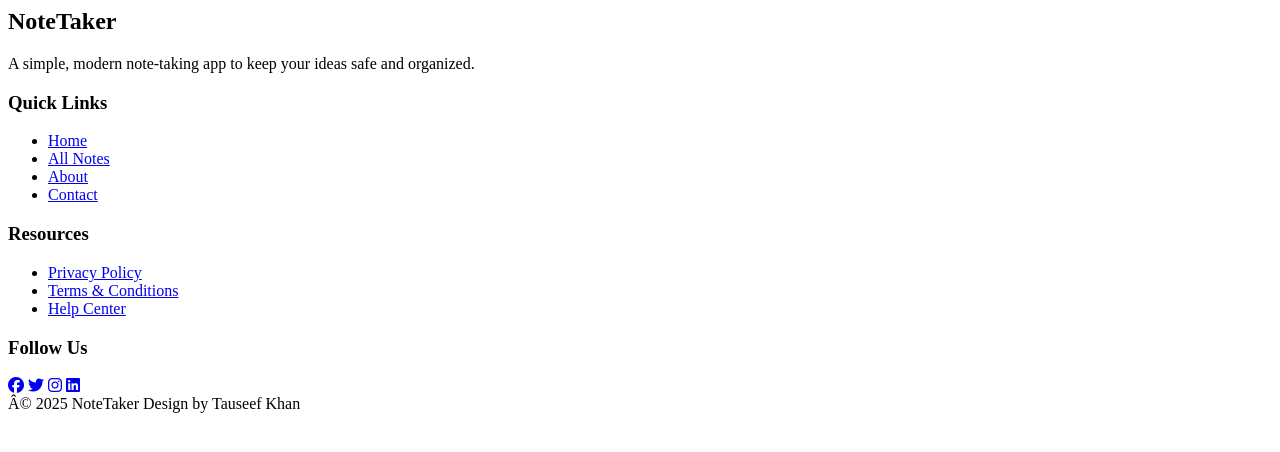
Repository: tauseefthedeveloper/ContactManagementSystem
Page: http://localhost/NoteTaker/footer.jsp
The author's editor kept a copy of each file at every save. The page is drawn from the files as they stood at one save, then again after the next save.
The browser window is 1280 px wide. The pictures show the whole page.
Some web libraries are served in a nearby version. The page is served by Tomcat 9.

Above is the page before, as saved 2025-08-28 13:35:04.

After the next save:
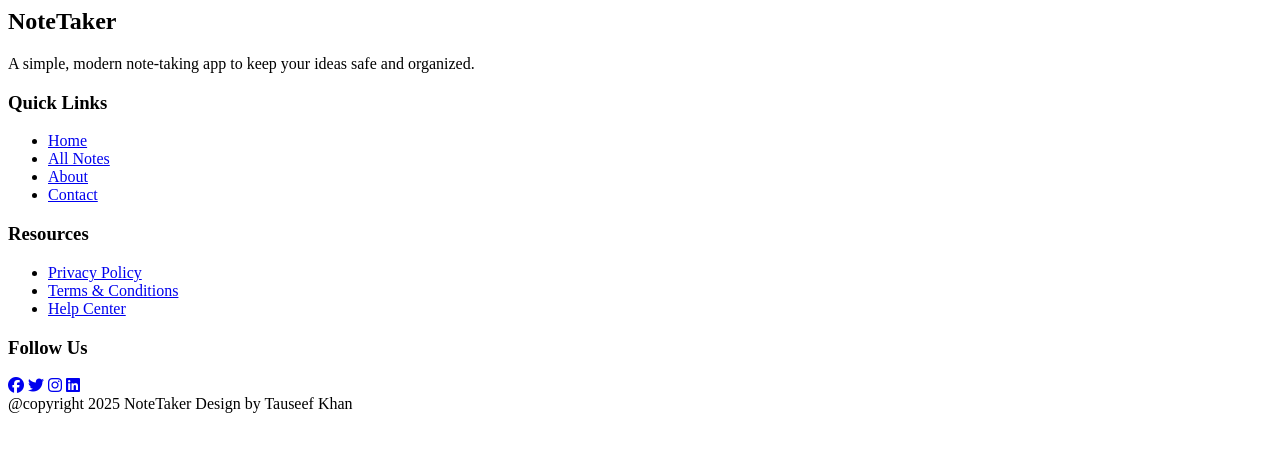
Saved 33 s later.
--- a/NoteTaker/src/main/webapp/footer.jsp
+++ b/NoteTaker/src/main/webapp/footer.jsp
@@ -54,7 +54,7 @@
 	<!-- Bottom Bar -->
 	<div
 		class="bg-white border-t border-gray-200 py-4 text-center text-sm text-gray-500">
-		© 2025 NoteTaker Design by Tauseef Khan</div>
+		@copyright 2025 NoteTaker Design by Tauseef Khan</div>
 </footer>
 
 <!-- FontAwesome -->
